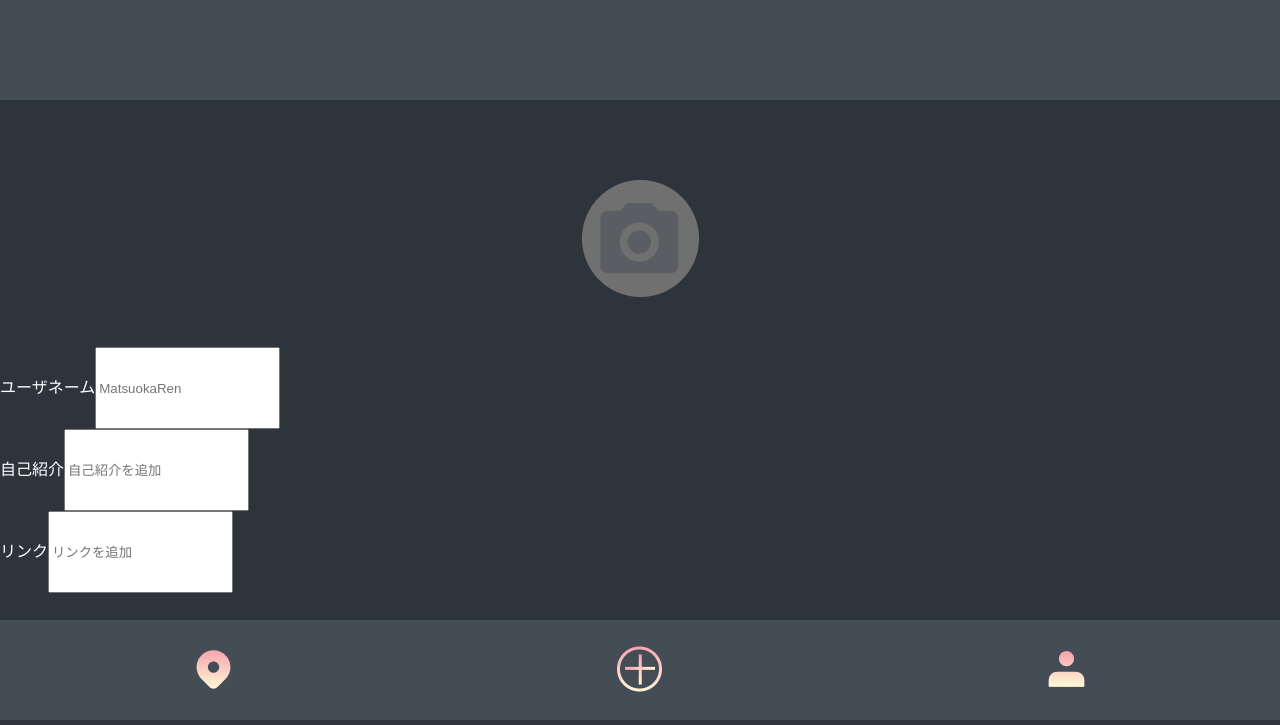
Repository: ren0714poo/respos
Page: edit.html
These files come from the project's save history. The page is drawn as it stood at one moment and after the next save; the edit follows.
The browser window is 1280 px wide. The pictures show the whole page.

Above is the page before, as saved 2025-07-17 14:10:00.

After the next save:
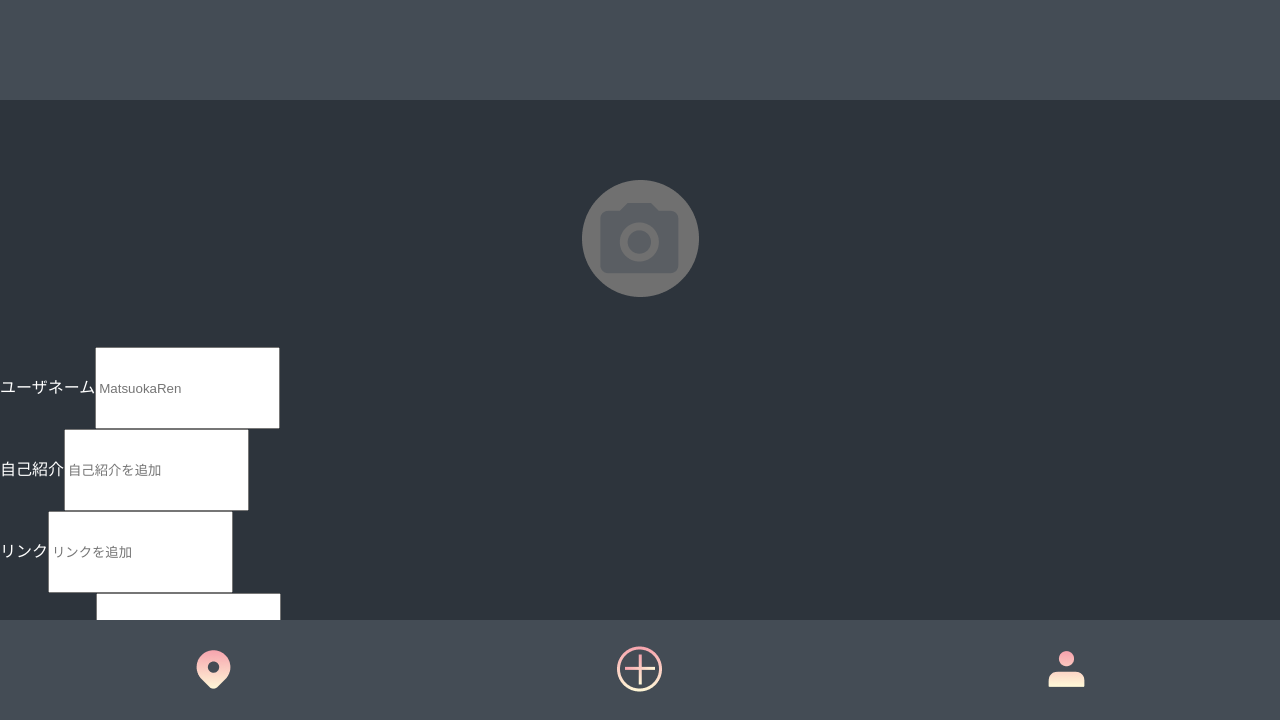
Saved 12 s later.
--- a/edit.html
+++ b/edit.html
@@ -25,8 +25,10 @@
         <p>リンク</p>
         <input type="text" placeholder="リンクを追加"><br>
       </div>
-      <p>好きな食べ物</p>
-      <input type="text" placeholder="好きな食べ物の追加">
+      <div class="edit_flex">
+        <p>好きな食べ物</p>
+        <input type="text" placeholder="好きな食べ物の追加">
+      </div>
 
 
     </div>
